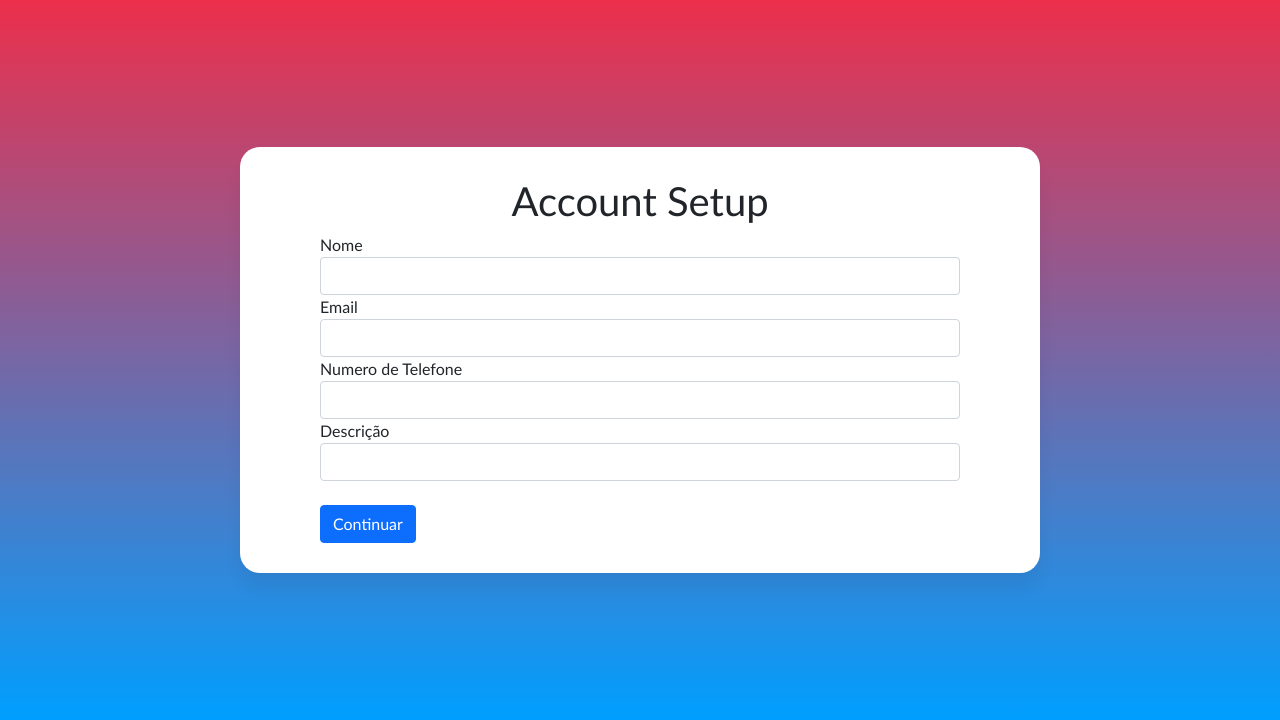
Repository: DeanLemosXD/ReactJS-3steps-form
Page: /
These files come from the project's save history. The page is drawn as it stood at one moment and after the next save; the edit follows.
The browser window is 1280 px wide. The pictures show the whole page.
The project was rebuilt for these pictures with package versions that can differ from the ones it lists, and the page was loaded fresh each time. Imported but missing from the stored project, and not drawn on this page: src/components/Confirm, src/components/OtherData.

Above is the page before, as saved 2021-10-26 17:16:12.

After the next save:
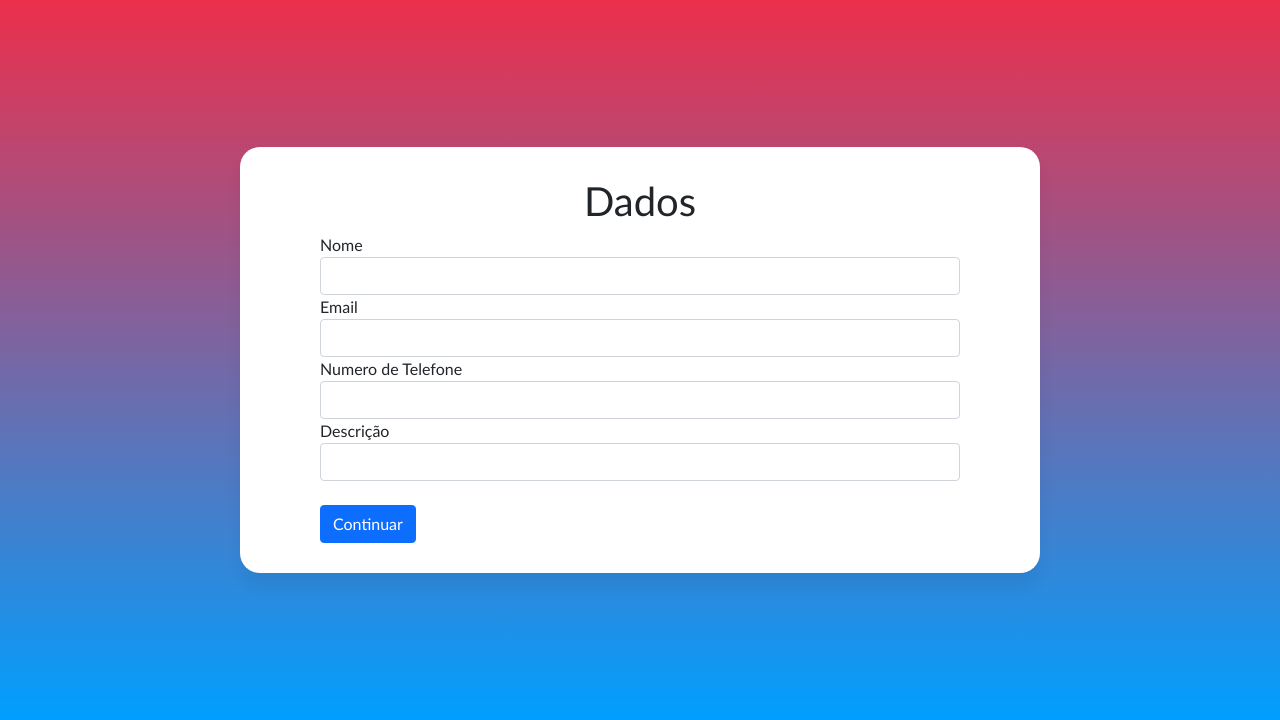
Saved 2 min 40 s later.
--- a/src/components/AccountSetup.js
+++ b/src/components/AccountSetup.js
@@ -10,7 +10,7 @@ export class AccountSetup extends Component {
 
         return (
             <div className="form-container">
-                <h1>Account Setup</h1>
+                <h1 className="mb-S">Dados</h1>
                 <div className="form-group">
                     <label htmlFor="name">Nome</label>
                     <input type="text" className="form-control" name="name" onChange={inputChange('name')} value={values.name} />
